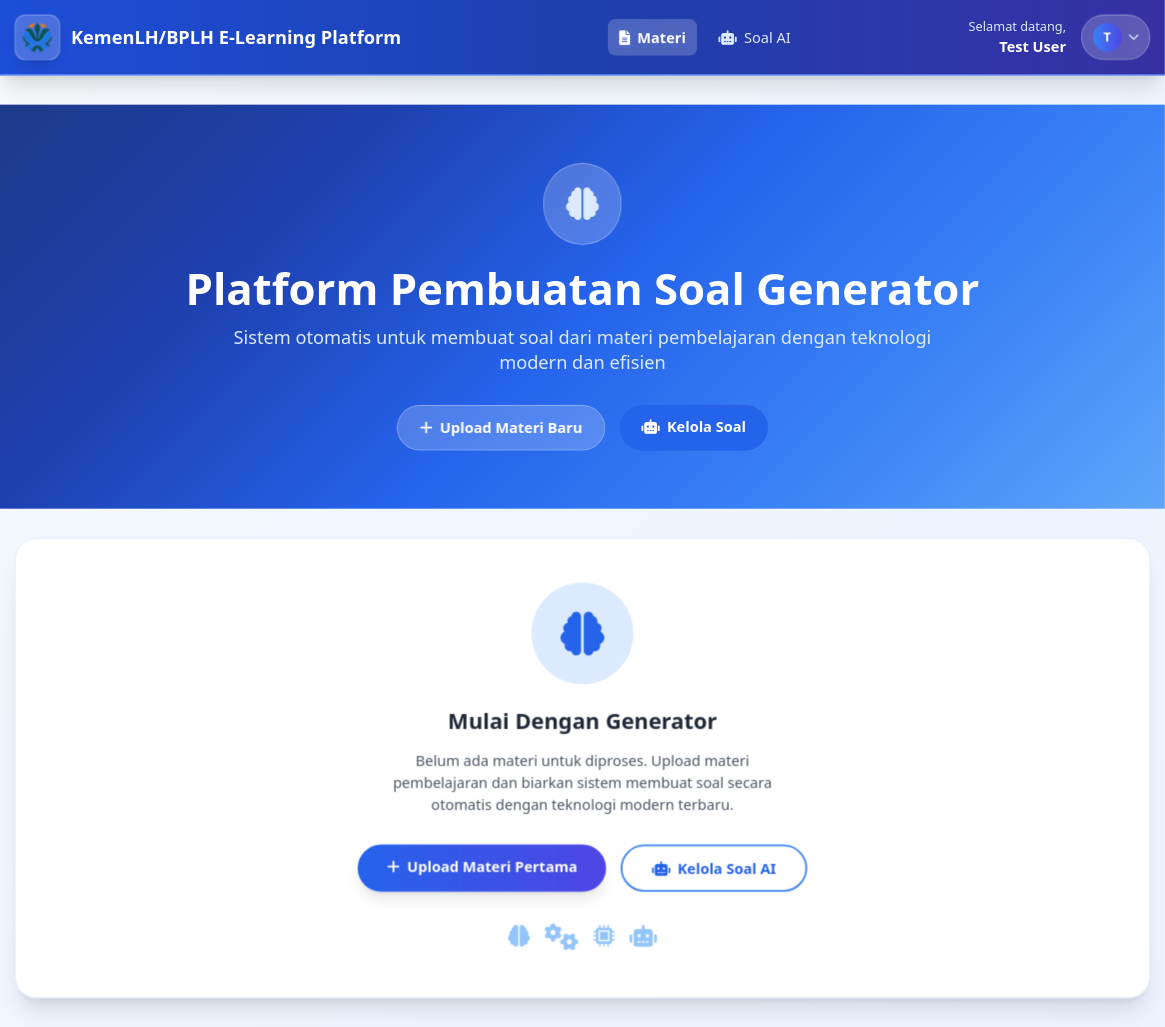
Repository: Autofat/LMS-MOOC
Page: http://localhost/materials
These files come from the project's save history. The page is drawn as it stood at one moment and after the next save; the edit follows.
The browser window is 1280 px wide. The pictures show the whole page, at 91% of full size.
Some web libraries are served in a nearby version. The page is served by the project's Laravel application, run on PHP 8.4 with Laravel 12. A made-up administrator, Test User (test@example.com), is signed in. Queries for data that is not in the repository find no rows.

Above is the page before, as saved 2025-08-01 13:19:03.

After the next save:
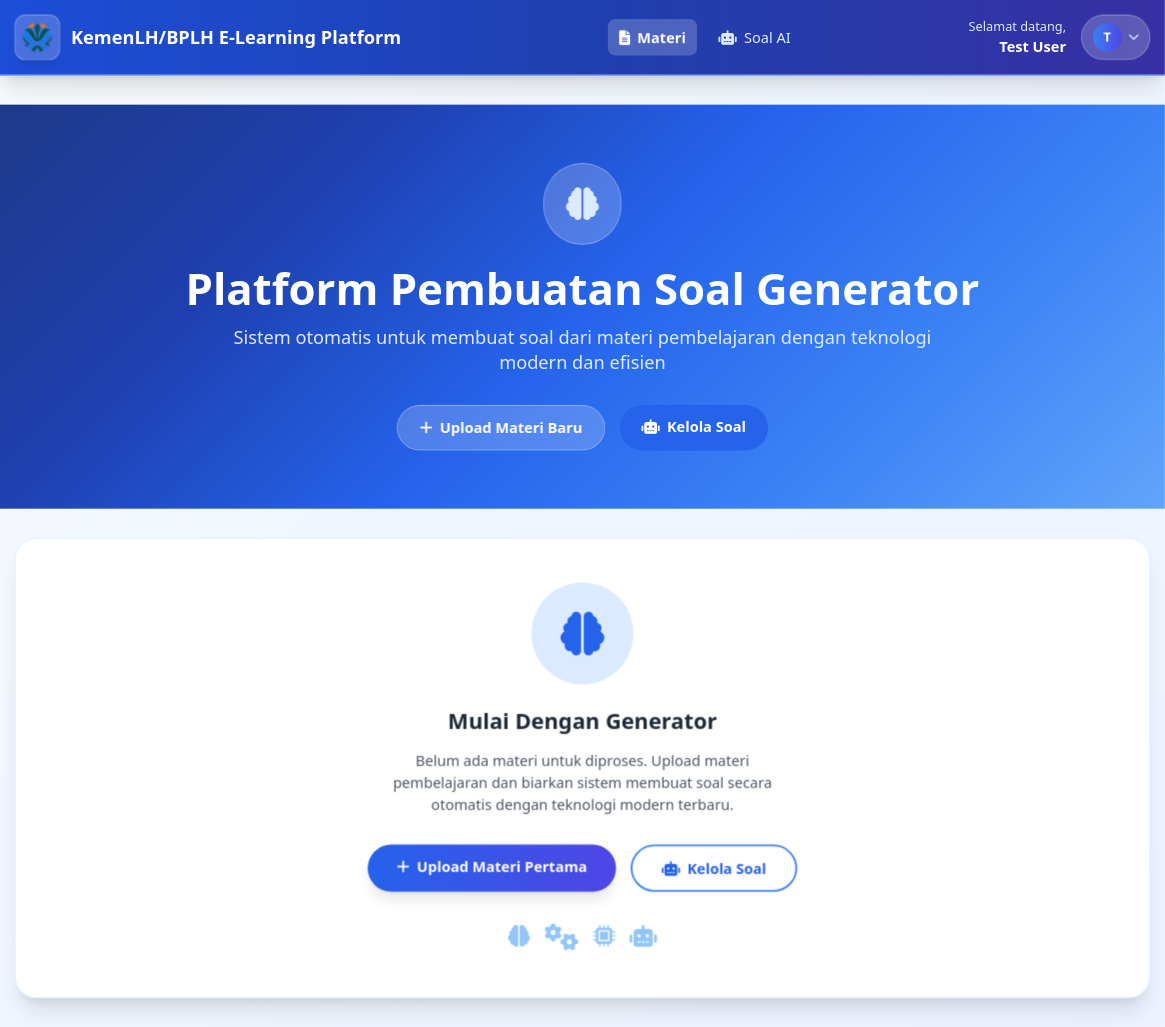
Saved 9 s later.
--- a/resources/views/materials/index.blade.php
+++ b/resources/views/materials/index.blade.php
@@ -195,7 +195,7 @@
                     </a>
                     <a href="{{ route('questions.manage') }}"
                         class="bg-white border-2 border-blue-500 text-blue-600 hover:bg-blue-50 font-bold py-3 px-8 rounded-full transition-all duration-300">
-                        <i class="fas fa-robot mr-2"></i>Kelola Soal AI
+                        <i class="fas fa-robot mr-2"></i>Kelola Soal
                     </a>
                 </div>
 
